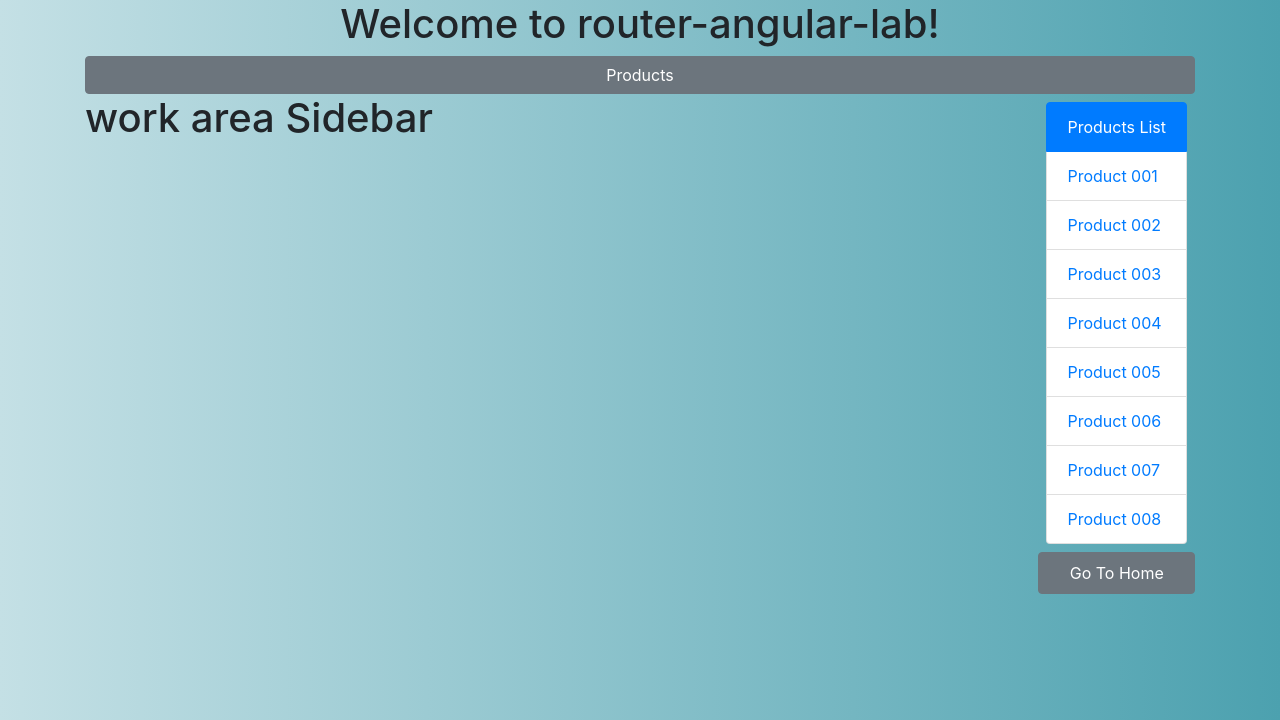
Repository: desalab/router-angular-lab
Page: /products
These files come from the project's save history. The page is drawn as it stood at one moment and after the next save; the edit follows.
The browser window is 1280 px wide. The pictures show the whole page.
The project was rebuilt for these pictures with package versions that can differ from the ones it lists, and the page was loaded fresh each time. Also part of the build but not shown: angular.json, src/app/product-detail/product-detail.component.ts, src/app/product-list-sidebar/product-list-sidebar.component.ts, src/app/home/home.component.ts.

Above is the page before, as saved 2018-12-06 01:16:49.

After the next save:
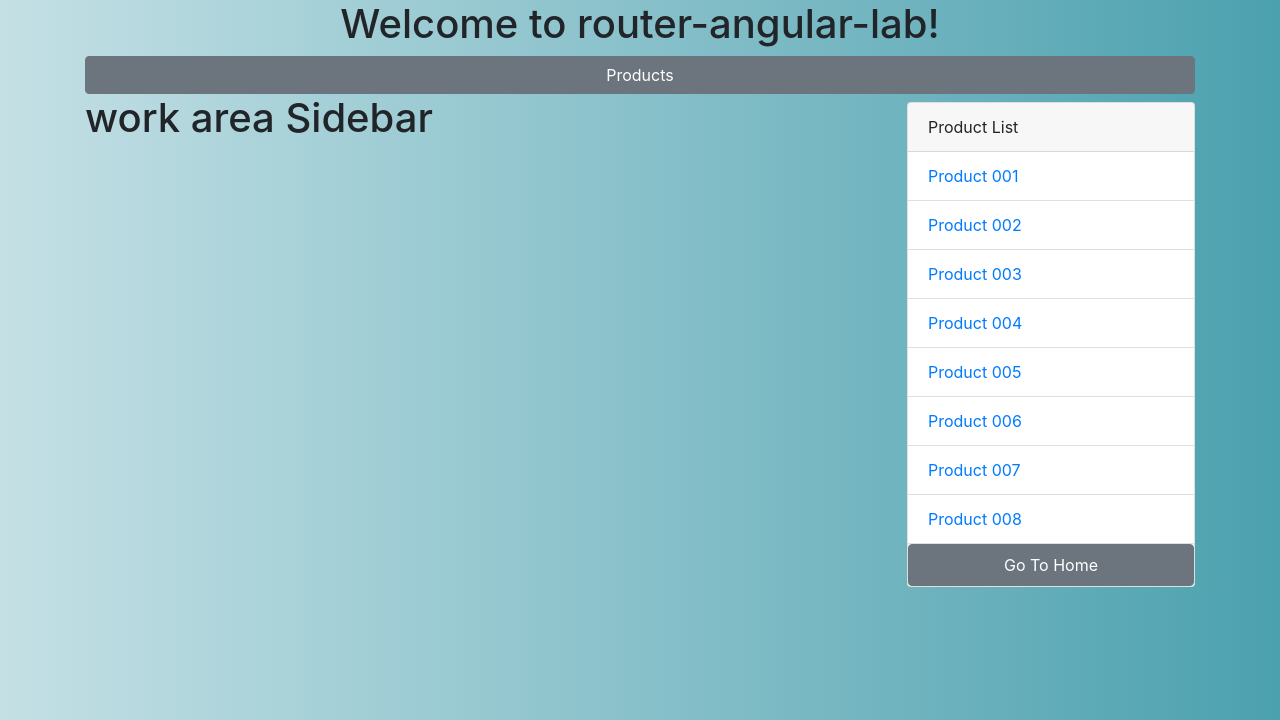
Saved 104 s later.
--- a/src/app/product-list/product-list.component.html
+++ b/src/app/product-list/product-list.component.html
@@ -1,10 +1,9 @@
-
-
-<ul class="list-group p-2">
-	<li class="list-group-item active">Products List</li>
-	<li class="list-group-item"  *ngFor="let product of products">
-		<a [routerLink]="['/product/', product.id]">{{product.name}}</a>
-	</li>
-</ul>
-
-<a class="btn btn-secondary btn-block p-2" routerLink="/">Go To Home</a>
+<div class="card mt-2" style="width: 18rem;">
+  <div class="card-header">Product List</div>
+  <ul class="list-group list-group-flush">
+    <li class="list-group-item" *ngFor="let product of products">
+      <a [routerLink]="['/product/', product.id]">{{ product.name }}</a>
+    </li>
+  </ul>
+  <a class="btn btn-secondary btn-block p-2" routerLink="/">Go To Home</a>
+</div>
